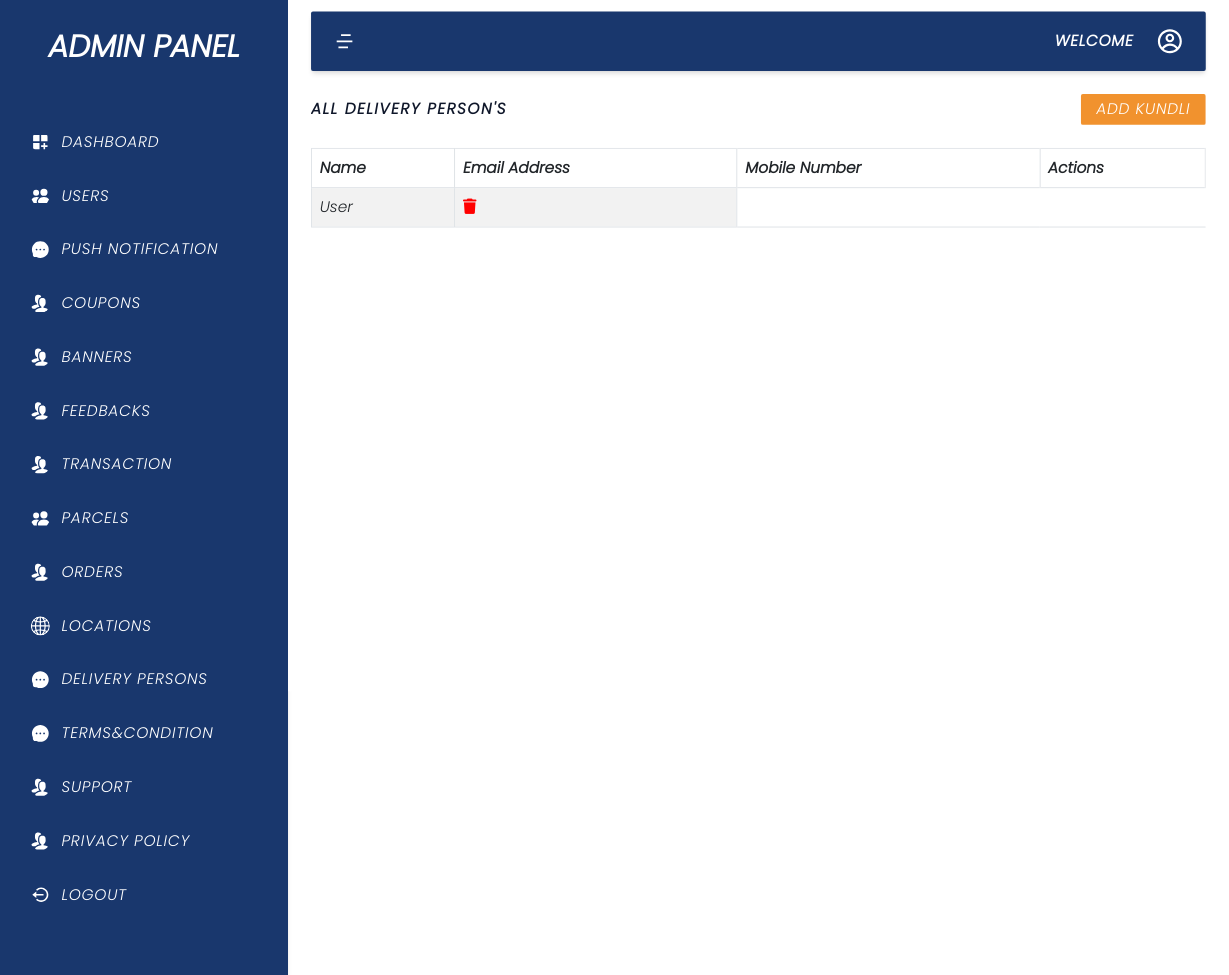
Repository: FlyweisReact/sarita
Page: /kundli
The author's editor kept a copy of each file at every save. The page is drawn from the files as they stood at one save, then again after the next save.
The browser window is 1280 px wide. The pictures show the whole page, at 96% of full size.
Some web libraries are served in a nearby version. The project was rebuilt for these pictures with package versions that can differ from the ones it lists, and the page was loaded fresh each time. Also part of the build but not shown: src/vendorPanel/forms/VendorLogin.jsx, src/vendorPanel/pages/AdminDiscount.js, src/vendorPanel/pages/AdminReview.js, src/vendorPanel/pages/Astrologers.js, src/vendorPanel/pages/Banners.js, src/vendorPanel/pages/Booking.js, src/vendorPanel/pages/Horoscope.js, src/vendorPanel/pages/Message.js and 8 more.

Above is the page before, as saved 2023-04-19 13:12:45.

After the next save:
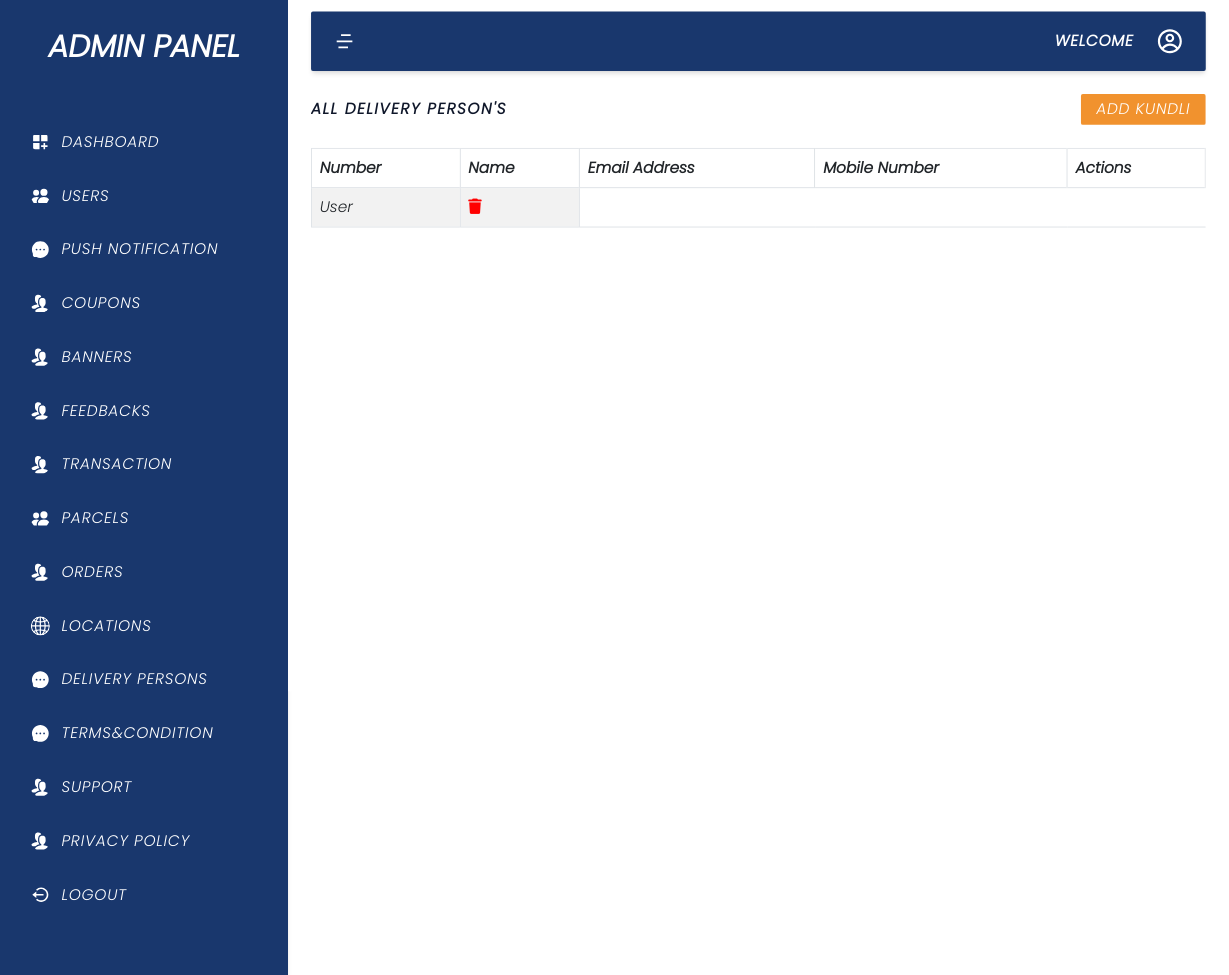
Saved 9 s later.
--- a/src/vendorPanel/pages/Kundli.js
+++ b/src/vendorPanel/pages/Kundli.js
@@ -90,6 +90,7 @@ const Kundli = () => {
         <Table striped bordered hover>
           <thead>
             <tr>
+              <th>Number</th>
               <th>Name</th>
               <th>Email Address</th>
               <th> Mobile Number   </th>
